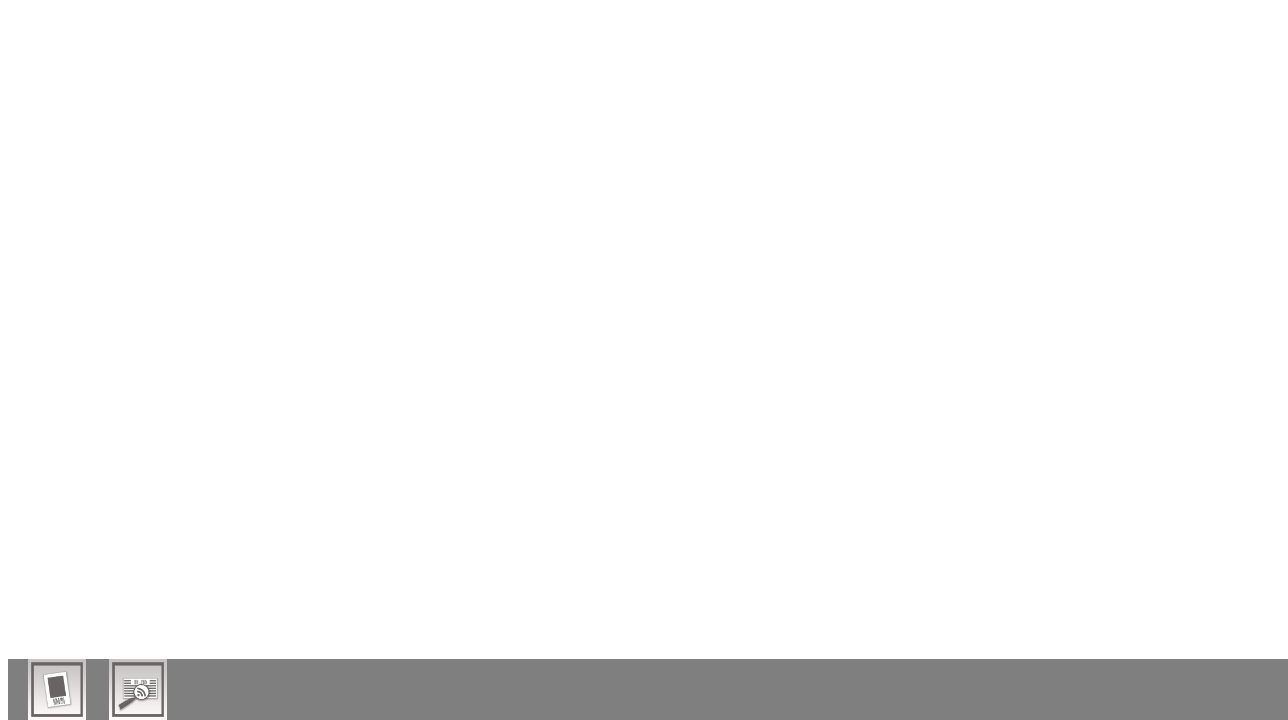
Repository: hj222hi/1dv403-laborationer
Page: 5 - pwd/index.html
The author's editor kept a record of every edit. The page is drawn from the files as they stood at one moment, then again after the next edit.
The browser window is 1280 px wide. The page is 1288 px wide, then 1280 px, so the pictures cover 1288 px, including what lies to the right of the window. The pictures show the whole page.

Above is the page before.

After the next edit:
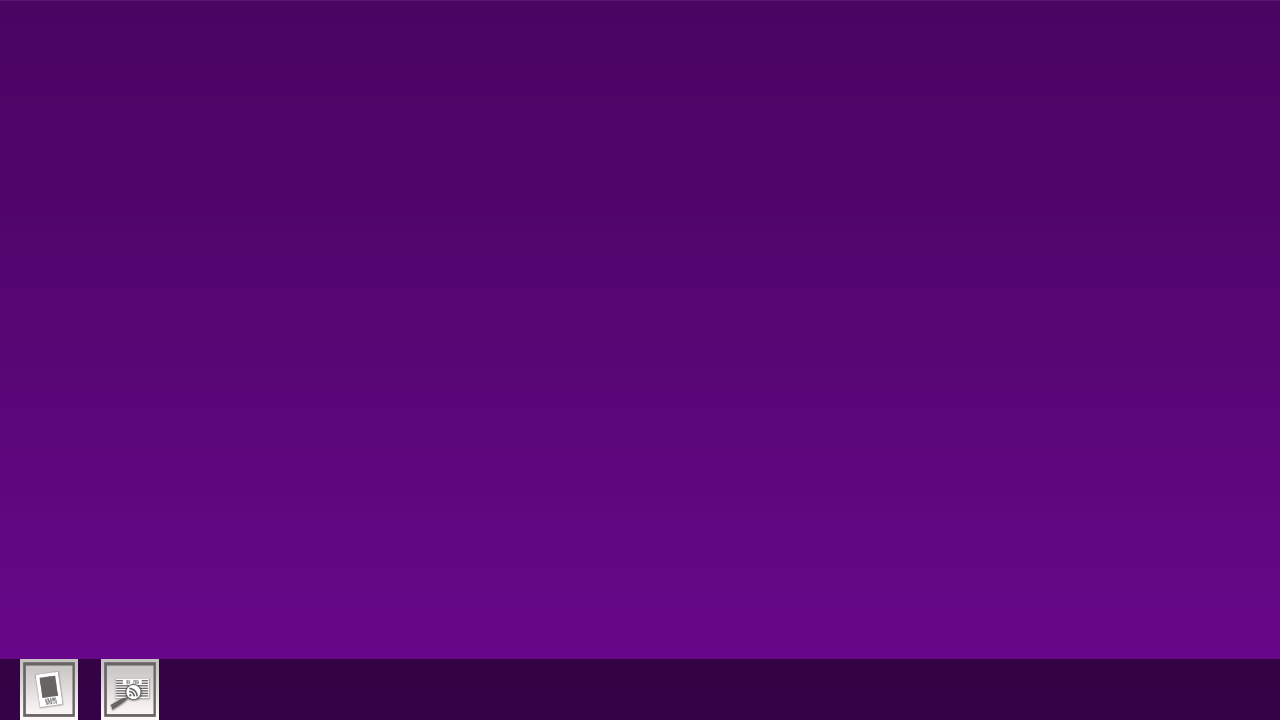
The edit:
--- a/5 - pwd/index.html
+++ b/5 - pwd/index.html
@@ -6,7 +6,7 @@
  	<title>Game On!</title>
  	<link rel="stylesheet" type="text/css" href="css/style.css">
 </head>
-	<body>
+	<body id="dabody">
 
 			<div id="wrapper">
 			    <template id="template">
